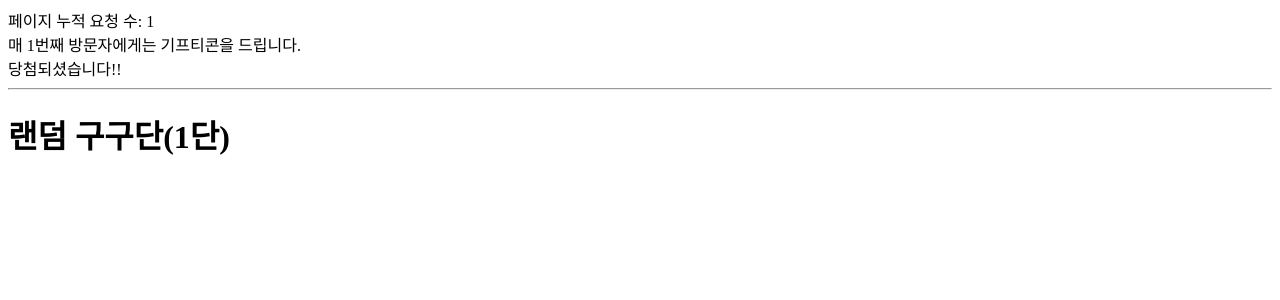
Repository: markahn02050/jsp_practice
Page: http://localhost/JSPBasic/JspTag/RandomGugu.jsp
The author's editor kept a copy of each file at every save. The page is drawn from the files as they stood at one save, then again after a run of saves.
The browser window is 1280 px wide. The pictures show the whole page.
The page is served by Tomcat 9.

Above is the page before, as saved 2022-01-28 06:40:44.

After the next 4 saves:
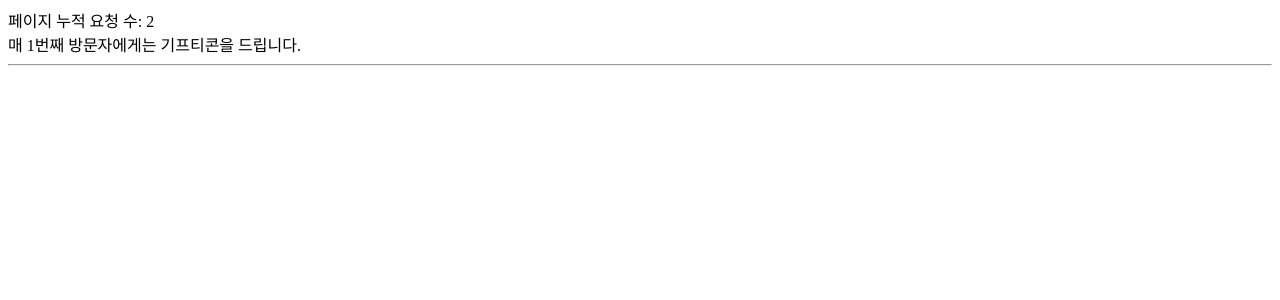
The 4 saves are shown as one change because 3 did not build or start.
The last was saved 8 min 46 s later.
--- a/JSPBasic/src/main/webapp/JspTag/RandomGugu.jsp
+++ b/JSPBasic/src/main/webapp/JspTag/RandomGugu.jsp
@@ -10,18 +10,13 @@
 	<%!
 		int pageCount = 1;
 
-
-
-
-
-
 	%>
 
 	<%
 
 		int randNum = ((int)Math.random() * 100) + 1;
 
-		out.println("페이지 누적 요청 수: " + pageCount + "<br/>");
+		out.println("페이지 누적 요청 수: " + (++pageCount) + "<br/>");
 		out.println("매 " + randNum + "번째 방문자에게는 기프티콘을 드립니다." + "<br/>");
 
 		if(pageCount == randNum){
@@ -33,14 +28,16 @@
 	<hr>
 
 	<%!
-		int randGugu = ((int)Math.random() * 9) + 1;
+		void randGugu(){
+
+		int gugu = ((int)Math.random() * 9) + 1;
+
+
+
+	}
 
 	%>
 
-	<%
-		out.println("<h1>랜덤 구구단(" + randGugu + "단)<h1/>" + "<br/>");
-
-	%>
 
 </body>
 </html>
